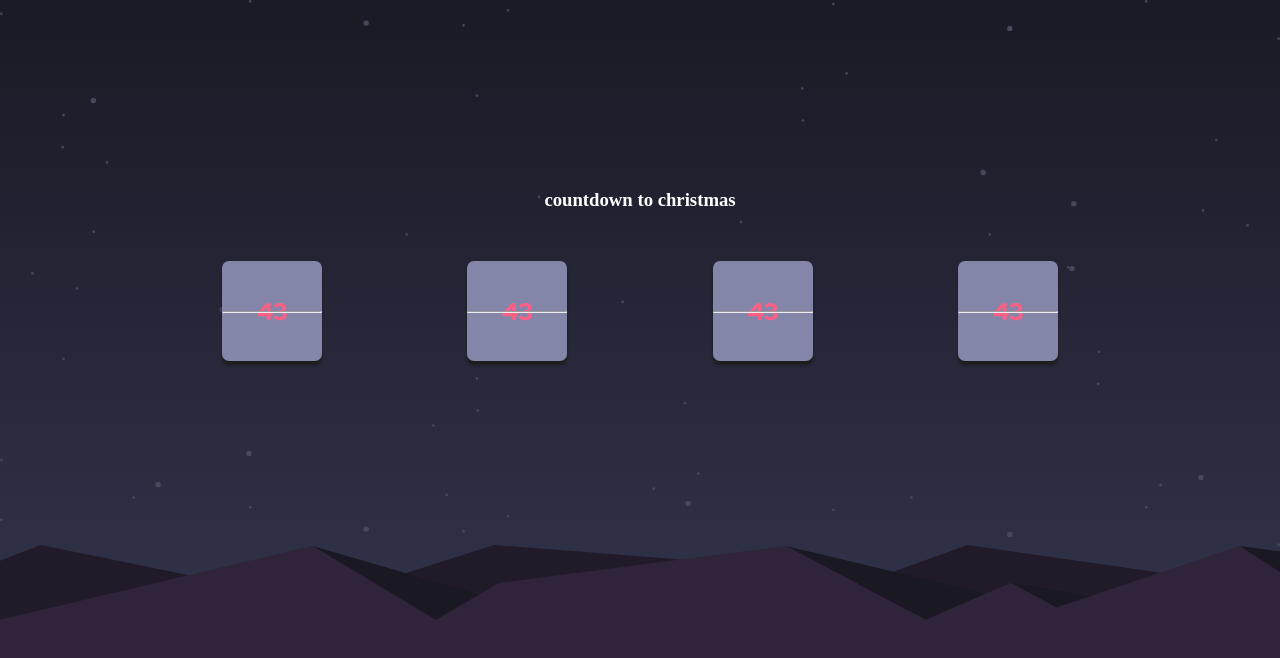
Repository: Eugene44-hub/countdown
Page: index.html
These files come from the project's save history. The page is drawn as it stood at one moment and after the next save; the edit follows.
The browser window is 1280 px wide. The pictures show the whole page.

Above is the page before, as saved 2021-09-12 03:21:48.

After the next save:
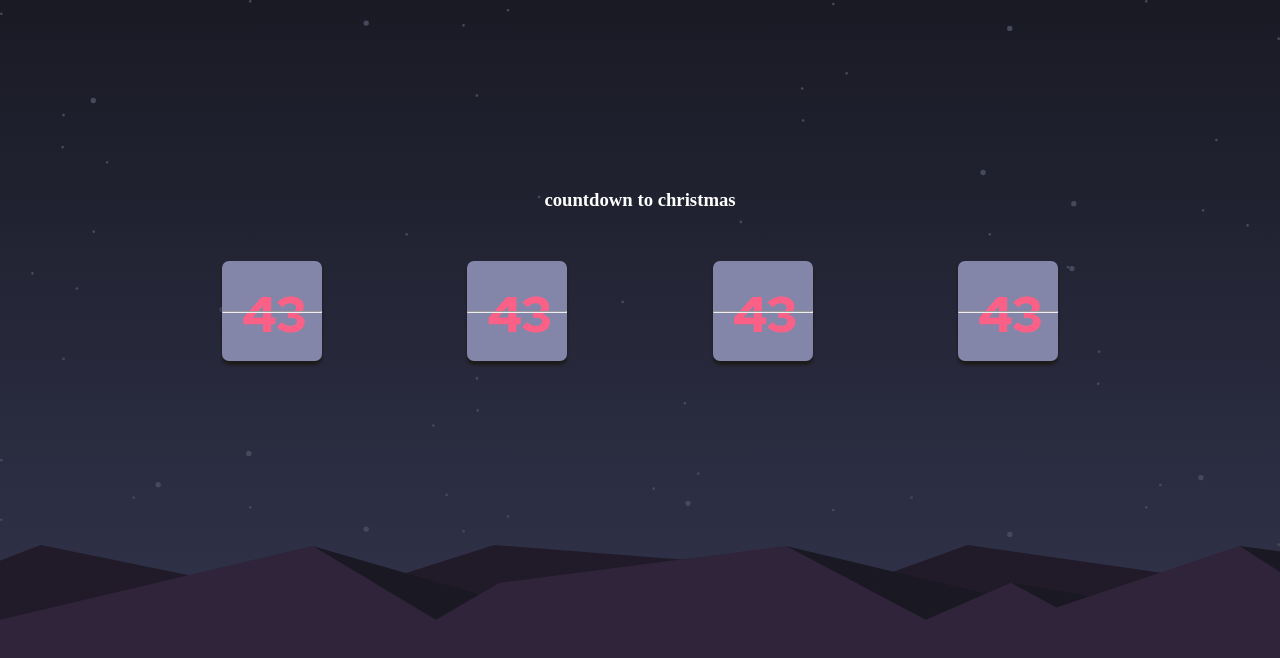
Saved 13 s later.
--- a/style.css
+++ b/style.css
@@ -56,7 +56,7 @@ h3 {
 
 p {
     margin: auto;
-    font-size: 150%;
+    font-size: 50px;
     font-family: 'Red Hat Text';
     color: hsl(345, 95%, 68%);
 }
